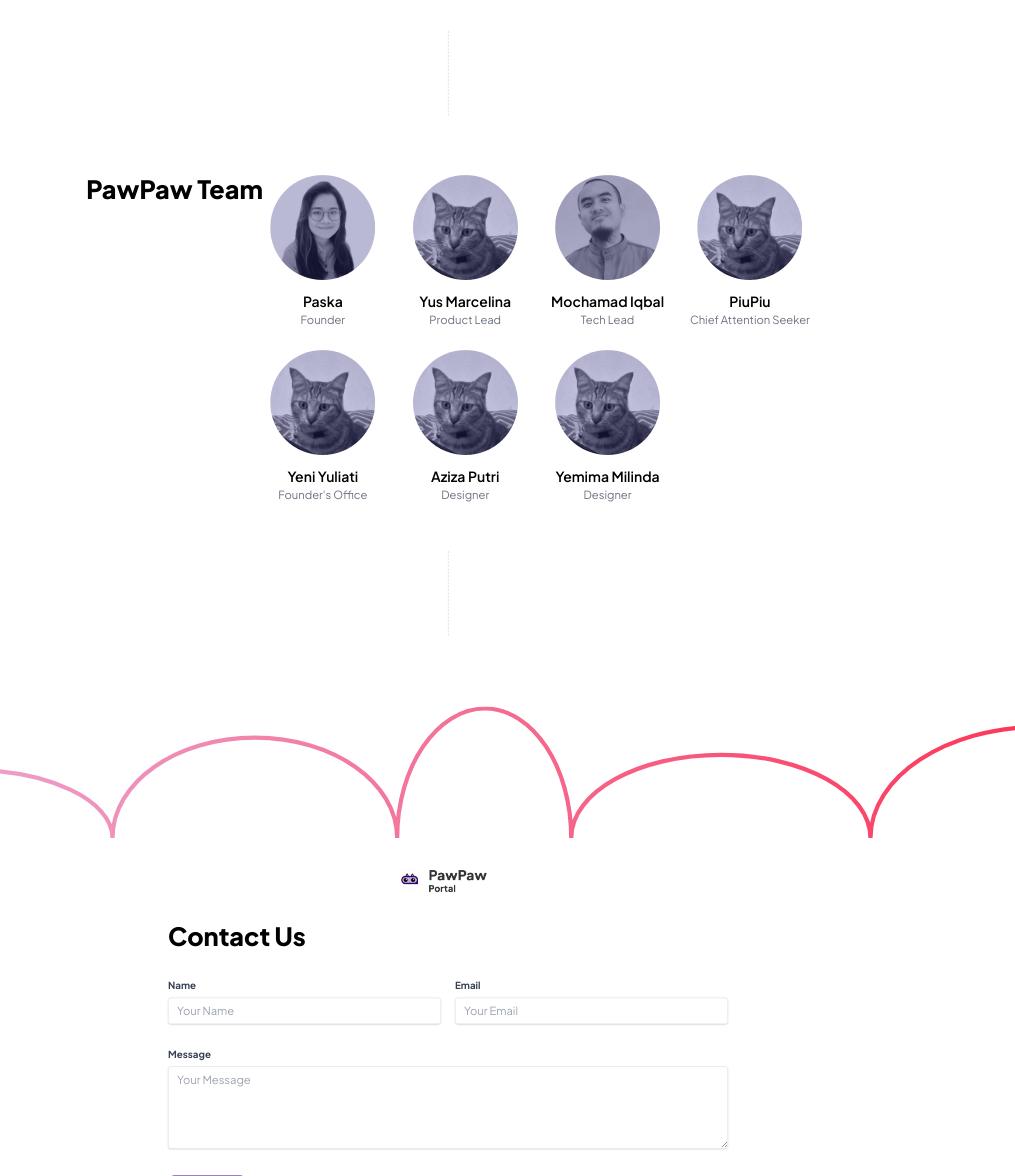
Repository: paskasiregar/pawpawwebsite
Page: /
An editor plug-in stored every save of this project. The page is shown before and after the next save, followed by the edit.
The browser window is 1280 px wide. The page is 1450 px wide, so the pictures cover 1450 px, including what lies to the right of the window. The pictures show the part of the page from y = 1533 to 3213 px (the page is 3936 px tall before and 4024 px after), at 70% of full size.
The project was rebuilt for these pictures with package versions that can differ from the ones it lists, and the page was loaded fresh each time. The framework's server and built-in components were replaced by stand-ins that run in the browser. Also part of the build but not shown: next.config.js, next.config.mjs.

Above is the page before, as saved 2024-09-06 11:58:01.

### src/app/layout.js
import { Inter } from "next/font/google";
import "./globals.css";

const inter = Inter({ subsets: ["latin"] });

export const metadata = {
  title: "PawPaw Portal | Your One-Stop Shelter",
  description: "Your One-Stop Shelter",
};

export default function RootLayout({ children }) {
  return (
    <html lang="en">
      <meta
        name="google-adsense-account"
        content="ca-pub-4770655134097556"
      ></meta>
      <body className={inter.className}>{children}</body>
    </html>
  );
}

### src/app/page.js
import { Contact } from "@/components/contact";
import { Divider } from "@/components/divider";
import { Footer } from "@/components/footer";
import { Header } from "@/components/header";
import CTA from "@/components/CTA";
import Hero from "@/components/hero";
import PrimaryButton from "@/components/primaryButton";
import SecButton from "@/components/secButton";
import Image from "next/image";
import bannerImage from "../assets/banner.png";
import logoHeaderImage from "../assets/banner-10.png";
import Link from "next/link";
import Head from "next/head";
import piupiu from "../assets/piupiu.png";
import paska from "../assets/paska.png";
import iqbal from "../assets/iqbal.png";

export default async function Home() {
  return (
    <div className="w-full font-plus-jakarta m-auto flex min-h-screen flex-col items-center justify-between">
      <Head>
        <script
          async
          src="https://pagead2.googlesyndication.com/pagead/js/adsbygoogle.js?client=ca-pub-4770655134097556"
          crossorigin="anonymous"
        ></script>
      </Head>
      <section className="w-full">
        <div className="centeredcontainer main-container">
          <Header />
        </div>
        <main className="main-container">
          <Hero />
          <Divider />
          <div className="self-stretch bg-white flex flex-col md:flex-row">
            <div className="flex-1 relative h-48 md:h-[489px] z-[0] flex items-center justify-center">
              <Image
                className="w-[80%] h-auto object-cover"
                alt="banner"
                src={bannerImage}
                width={200}
                height={200}
              />
            </div>

            {/* How it works */}
            <div
              id="how-it-works"
              className="flex-1 flex flex-col items-center md:items-start justify-center gap-4 z-[1] p-4 md:p-8"
            >
              <div className="space-y-4">
                <div className="flex justify-center md:justify-start">
                  <svg
                    width="130"
                    height="77"
                    viewBox="0 0 130 77"
                    fill="none"
                    xmlns="http://www.w3.org/2000/svg"
                  >
                    <path
                      d="M2.04016 48.038C39.1938 19.0059 75.4362 75.5193 75.4362 75.5193C58.6481 44.4597 70.5515 14.7701 105.05 54.8444C105.05 54.8444 88.8644 34.0647 127.885 2.52962"
                      stroke="url(#paint0_linear_545_35744)"
                      strokeWidth="4.42591"
                      strokeMiterlimit="10"
                      strokeLinejoin="bevel"
                    />
                    <defs>
                      <linearGradient
                        id="paint0_linear_545_35744"
                        x1="19.971"
                        y1="73.8863"
                        x2="126.116"
                        y2="-0.218346"
                        gradientUnits="userSpaceOnUse"
                      >
                        <stop offset="0.2868" stopColor="#E9404C" />
                        <stop offset="0.2967" stopColor="#EA475C" />
                        <stop offset="0.3252" stopColor="#EB5B85" />
                        <stop offset="0.3554" stopColor="#EB6CA8" />
                        <stop offset="0.3871" stopColor="#EC79C5" />
                        <stop offset="0.4209" stopColor="#EC84DB" />
                        <stop offset="0.4577" stopColor="#ED8BEB" />
                        <stop offset="0.4998" stopColor="#ED90F4" />
                        <stop offset="0.5589" stopColor="#ED91F7" />
                      </linearGradient>
                    </defs>
                  </svg>
                </div>
                <div className="hidden md:flex items-center justify-center">
                  <Image
                    className="w-36 h-10 object-cover"
                    alt="Logo"
                    src={logoHeaderImage}
                    width={120}
                    height={20}
                  />
                </div>
                <div className="flex flex-col items-center md:items-start">
                  <div className="relative font-extrabold text-2xl md:text-4xl text-center md:text-left">
                    How PawPaw Portal Works
                  </div>
                </div>
                <div className="self-stretch flex flex-col md:flex-row items-center md:items-start justify-start text-lg md:text-xl text-gray-500">
                  <div className="flex-1 flex flex-col items-center md:items-start justify-start">
                    <div className="self-stretch">
                      <p className="m-0 text-center md:text-left">
                        Every video you watch on our app can help animals in
                        need. Fun, isn&apos;t it?
                      </p>
                      <p className="m-2"></p>
                      <p className="m-0 text-center md:text-left">
                        Join us at PawPaw Portal, where animal lovers and
                        shelters meet. Let&apos;s make a difference together!
                      </p>
                    </div>
                  </div>
                </div>
                <div className="flex flex-col md:flex-row gap-2">
                  <PrimaryButton href="https://game.pawpawportal.com">
                    Play Now
                  </PrimaryButton>
                  <Link
                    href="#about-us"
                    className="flex flex-col md:flex-row gap-2"
                  >
                    <SecButton>About Us</SecButton>
                  </Link>
                </div>
              </div>
            </div>
          </div>

          {/* Team */}
          <Divider />
          <div
            id="team"
            className="flex-1 flex flex-col items-center md:items-center justify-center gap-4 z-[1] p-4 md:p-8"
          >
            <div className="space-y-4 justify-center flex">
              <div>
                <div className="justify-center md:justify-center"></div>
              </div>
              <div className="flex flex-col items-center md:items-center mb-8">
                <div className="relative font-extrabold text-2xl md:text-4xl text-center md:text-center mb-8">
                  PawPaw Team
                </div>
              </div>

              <div className="grid grid-cols-1 md:grid-cols-2 lg:grid-cols-4 gap-6 md:gap-8 justify-center">
                {/* Paska */}
                <div className="flex flex-col items-center">
                  <Image
                    className="rounded-full object-cover"
                    alt="Paska"
                    src={paska}
                    width={150}
                    height={150}
                    sizes="(max-width: 768px) 100px, (max-width: 1200px) 150px, 200px"
                  />
                  <div className="text-xl font-semibold mt-4">Paska</div>
                  <div className="text-gray-500">Founder</div>
                </div>

                {/* Kak Yus */}
                <div className="flex flex-col items-center">
                  <Image
                    className="rounded-full object-cover"
                    alt="Yus Marcelina"
                    src={piupiu}
                    width={150}
                    height={150}
                    sizes="(max-width: 768px) 100px, (max-width: 1200px) 150px, 200px"
                  />
                  <div className="text-xl font-semibold mt-4">
                    Yus Marcelina
                  </div>
                  <div className="text-gray-500">Product Lead</div>
                </div>

                {/* Mas Iqbal */}
                <div className="flex flex-col items-center">
                  <Image
                    className="rounded-full object-cover"
                    alt="Moch Iqbal"
                    src={iqbal}
                    width={150}
                    height={150}
                    sizes="(max-width: 768px) 100px, (max-width: 1200px) 150px, 200px"
                  />
                  <div className="text-xl font-semibold mt-4">
                    Mochamad Iqbal
                  </div>
                  <div className="text-gray-500">Tech Lead</div>
                </div>

                {/* PiuPiu */}
                <div className="flex flex-col items-center">
                  <Image
                    className="rounded-full object-cover"
                    alt="PiuPiu"
                    src={piupiu}
                    width={150}
                    height={150}
                    sizes="(max-width: 768px) 100px, (max-width: 1200px) 150px, 200px"
                  />
                  <div className="text-xl font-semibold mt-4">PiuPiu</div>
                  <div className="text-gray-500">Chief Attention Seeker</div>
                </div>

                {/* Julie */}
                <div className="flex flex-col items-center">
                  <Image
                    className="rounded-full object-cover"
                    alt="Julie"
                    src={piupiu}
                    width={150}
                    height={150}
                    sizes="(max-width: 768px) 100px, (max-width: 1200px) 150px, 200px"
                  />
                  <div className="text-xl font-semibold mt-4">Yeni Yuliati</div>
                  <div className="text-gray-500">Founder's Office</div>
                </div>

                {/* Aziza */}
                <div className="flex flex-col items-center">
                  <Image
                    className="rounded-full object-cover"
                    alt="Aziza"
                    src={piupiu}
                    width={150}
                    height={150}
                    sizes="(max-width: 768px) 100px, (max-width: 1200px) 150px, 200px"
                  />
                  <div className="text-xl font-semibold mt-4">Aziza Putri</div>
                  <div className="text-gray-500">Designer</div>
                </div>

                {/* Yemima */}
                <div className="flex flex-col items-center">
                  <Image
                    className="rounded-full object-cover"
                    alt="Yemima"
                    src={piupiu}
                    width={150}
                    height={150}
                    sizes="(max-width: 768px) 100px, (max-width: 1200px) 150px, 200px"
                  />
                  <div className="text-xl font-semibold mt-4">
                    Yemima Milinda
                  </div>
                  <div className="text-gray-500">Designer</div>
                </div>
              </div>
            </div>
          </div>

          <Divider />
          <Contact />
        </main>
        <div className="w-full">
          <div>
            <CTA />
          </div>
          <div id="about-us">
            <Footer />
          </div>
        </div>
      </section>
    </div>
  );
}

### src/app/globals.css
@import url("https://fonts.googleapis.com/css2?family=Plus+Jakarta+Sans:wght@400;600;700;800&display=swap");

@tailwind base;
@tailwind components;
@tailwind utilities;

body {
  font-family: "Plus Jakarta Sans", sans-serif;
}

p,
ul {
  color: gray;
  margin-bottom: 2px;
}

section {
  margin-bottom: 8px;
}

.hero-bg {
  display: flex;
  background: radial-gradient(circle,
      rgb(204, 188, 230) 10%,
      rgb(255, 255, 255) 50%);
}

.cta-container {
  display: flex;
  justify-content: center;
  align-items: center;
  position: relative;
  background: radial-gradient(circle, rgb(14, 4, 4) 0%, rgb(14, 1, 51) 100%);
  padding: 20px;
  gap: 20px;
  min-height: 200px;
}

.cta-button {
  display: inline-block;
  padding: 20px 40px;
  font-size: 24px;
  font-weight: bold;
  color: white;
  background: black;
  border-radius: 40px;
  position: relative;
  z-index: 1;
  overflow: hidden;
  transition: all 0.3s ease;
  text-align: center;
}

.cta-button::before {
  content: "";
  position: absolute;
  top: -2px;
  left: -2px;
  right: -2px;
  bottom: -2px;
  background: linear-gradient(90deg,
      rgb(255, 244, 97) 0%,
      rgb(187, 61, 255) 50%,
      rgb(142, 23, 23) 100%);
  z-index: -1;
  border-radius: inherit;
}

.cta-button::after {
  content: "";
  position: absolute;
  top: 2px;
  left: 2px;
  right: 2px;
  bottom: 2px;
  background: black;
  z-index: -1;
  border-radius: inherit;
}

.cta-button:hover {
  color: rgb(237, 246, 133);
  background: white;
}

.footer-bg {
  background: radial-gradient(circle, rgb(14, 4, 4) 0%, rgb(14, 1, 51) 100%);
  color: white;
  text-align: center;
  padding: 20px;
}

.centeredcontainer {
  width: 100vw;
  height: auto;
}

.main-container {
  width: 100%;
  max-width: 1200px;
  margin: 0 auto;
  padding: 0;
}

.header-content {
  display: flex;
  flex-direction: row;
  align-items: center;
  justify-content: space-between;
}

.header-logo-button {
  display: flex;
  flex-direction: row;
  align-items: center;
  gap: 16px;
  /* Adjust spacing as needed */
}

html {
  scroll-behavior: smooth;
}

### src/components/divider.jsx
export const Divider = () => {
  return (
    <div className="self-stretch h-[195px] flex flex-row items-center justify-center py-16 px-[130px] box-border">
      <div className="w-px relative box-border h-[121px] border-r-[1px] border-dashed border-gray-300" />
    </div>
  );
};

### src/components/header.jsx
import Link from "next/link";
import PrimaryButton from "@/components/primaryButton";
import React from "react";
import Image from "next/image";
import logoHeaderImage from "../assets/banner-10.png";

export const Header = () => {
  return (
    <div className="font-plus-jakarta w-full flex flex-col items-center justify-center text-left text-gray-500">
      <div className="self-stretch bg-white flex flex-col items-center justify-center text-sm">
        <div className="w-full header-content p-2.5 box-border">
          <Link href="/">
            {" "}
            {/* Homepage */}
            <Image
              className="w-36 h-10 object-cover"
              alt="Logo"
              src={logoHeaderImage}
              width={120}
              height={20}
            />
          </Link>
          <div className="hidden md:flex flex-row items-center justify-center gap-8">
            <div>
              <Link href="#how-it-works">How It Works</Link>
            </div>
            <div>
              <Link href="#about-us">About Us</Link>
            </div>
            <div>
              <Link href="/privacy">Privacy Policy</Link>
            </div>
          </div>
          <div className="header-logo-button">
            <PrimaryButton href="https://game.pawpawportal.com">
              Be Our Hero Today!
            </PrimaryButton>
          </div>
        </div>
      </div>
    </div>
  );
};

export default Header;

### src/components/CTA.jsx
import React from "react";
import Link from "next/link";

const CTA = () => {
  return (
    <div className="cta-container font-plus-jakarta p-4 md:p-8 flex flex-col md:flex-row items-center justify-center">
      <svg
        className="cta-decoration mb-4 md:mb-0 md:mr-4"
        width="48"
        height="46"
        viewBox="0 0 48 46"
        fill="none"
        xmlns="http://www.w3.org/2000/svg"
      >
        <path
          d="M2 46C2 27.296 29.551 30.0086 36.5736 34.5625C36.5736 34.5625 14.4611 2 47.5714 2"
          stroke="url(#cta_gradient)"
          strokeWidth="3.92857"
          strokeMiterlimit="10"
          strokeLinejoin="bevel"
        />
        <defs>
          <linearGradient
            id="cta_gradient"
            x1="37.3571"
            y1="2"
            x2="7.5"
            y2="46"
            gradientUnits="userSpaceOnUse"
          >
            <stop stopColor="#FF2445" />
            <stop offset="1" stopColor="#F5AB0E" />
          </linearGradient>
        </defs>
      </svg>
      <Link href="https://game.pawpawportal.com">
        <div className="cta-button text-center bg-gradient-to-r from-orange-500 to-pink-500 text-white font-bold py-2 px-4 rounded-lg shadow-lg cursor-pointer">
          Play Our Game Now
        </div>
      </Link>
    </div>
  );
};

export default CTA;

### src/components/primaryButton.jsx
import React from "react";

const PrimaryButton = ({ children, onClick }) => {
  return (
    <button
      className="self-stretch bg-inherit-320071 hover:bg-blue-700 text-white font-bold px-4 py-3 rounded-lg"
      onClick={onClick}
    >
      {children}
    </button>
  );
};

export default PrimaryButton;

### src/components/secButton.jsx
import React from "react";

const SecButton = ({ children, onClick }) => {
  return (
    <button
      className="bg-white border border-inherit-320071 text-inherit-320071 font-bold py-2 px-4 rounded-lg"
      onClick={onClick}
    >
      {children}
    </button>
  );
};

export default SecButton;

### src/components/nameInput.jsx
import React from "react";

const NameInput = ({ value, onChange }) => {
  return (
    <div className="mb-4">
      <label
        className="block text-gray-700 text-sm font-bold mb-2"
        htmlFor="name"
      >
        Name
      </label>
      <input
        id="name"
        type="text"
        value={value}
        onChange={onChange}
        className="shadow appearance-none border rounded w-full py-2 px-3 text-gray-700 leading-tight focus:outline-none focus:shadow-outline"
        placeholder="Your Name"
      />
    </div>
  );
};

export default NameInput;

### src/components/emailInput.jsx
import React from "react";

const EmailInput = ({ value, onChange }) => {
  return (
    <div className="mb-4">
      <label
        className="block text-gray-700 text-sm font-bold mb-2"
        htmlFor="email"
      >
        Email
      </label>
      <input
        id="email"
        type="email"
        value={value}
        onChange={onChange}
        className="shadow appearance-none border rounded w-full py-2 px-3 text-gray-700 leading-tight focus:outline-none focus:shadow-outline"
        placeholder="Your Email"
      />
    </div>
  );
};

export default EmailInput;

### src/components/mesageInput.jsx
import React from "react";

const MessageInput = ({ value, onChange }) => {
  return (
    <div className="mb-4">
      <label
        className="block text-gray-700 text-sm font-bold mb-2"
        htmlFor="message"
      >
        Message
      </label>
      <textarea
        id="message"
        value={value}
        onChange={onChange}
        className="shadow appearance-none border rounded w-full py-2 px-3 text-gray-700 leading-tight focus:outline-none focus:shadow-outline"
        placeholder="Your Message"
        rows="5"
      />
    </div>
  );
};

export default MessageInput;

Loaded but not shown: tailwind.config.js (24 lines, source omitted); src/components/hero.jsx (211 lines, source omitted); src/components/footer.jsx (175 lines, source omitted); src/components/contact.jsx (94 lines, source omitted)

After the next save:
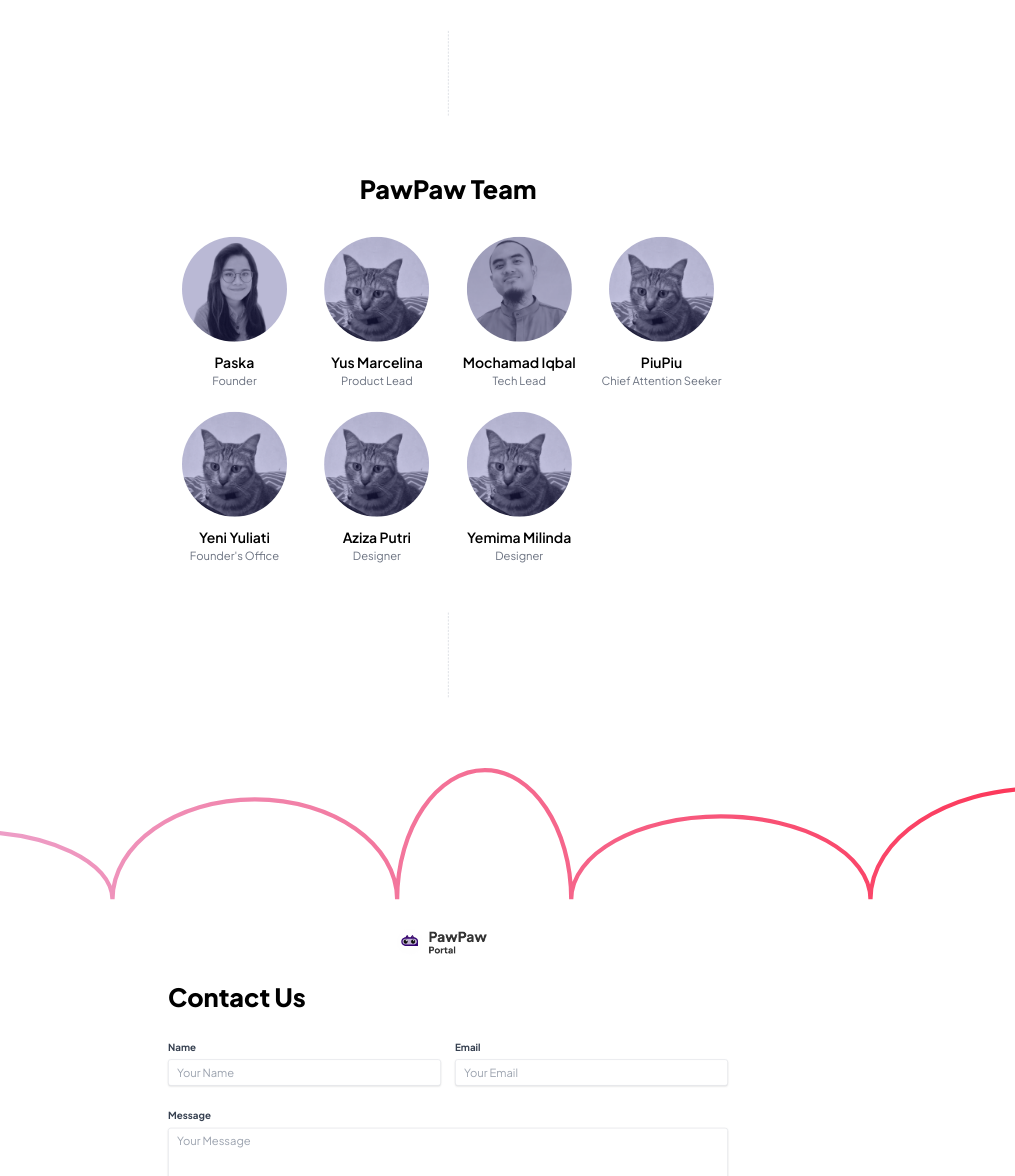
Saved 6 s later.
--- a/src/app/page.js
+++ b/src/app/page.js
@@ -136,10 +136,9 @@ export default async function Home() {
             id="team"
             className="flex-1 flex flex-col items-center md:items-center justify-center gap-4 z-[1] p-4 md:p-8"
           >
-            <div className="space-y-4 justify-center flex">
-              <div>
-                <div className="justify-center md:justify-center"></div>
-              </div>
+            <div className="space-y-4 justify-center">
+              <div className="flex justify-center md:justify-center"></div>
+
               <div className="flex flex-col items-center md:items-center mb-8">
                 <div className="relative font-extrabold text-2xl md:text-4xl text-center md:text-center mb-8">
                   PawPaw Team
